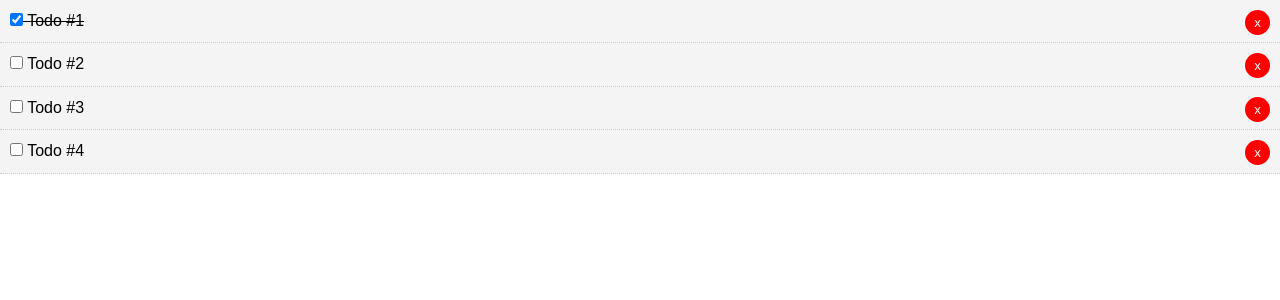
Repository: n0rthern-light/vuejs-taskmanager
Page: /
An editor plug-in stored every save of this project. The page is shown before and after the next save, followed by the edit.
The browser window is 1280 px wide. The pictures show the whole page.
The project was rebuilt for these pictures with package versions that can differ from the ones it lists, and the page was loaded fresh each time.

Above is the page before, as saved 2019-02-18 15:34:43.

### src/App.vue
<template>
  <div id="app">
    <h3>{{msg}}</h3>
    <Todos :todos="todos" v-on:del-todo="delTodo" v-on:update-array="updateArr"/>
  </div>
</template>

<script>

import Todos from '@/components/Todos.vue';

export default {
  name: 'app',
  components: {
    Todos
  },
  data() {
    return {
      todos: [
        {
          id: 1,
          title: 'Todo #1',
          completed: true
        },
        {
          id: 2,
          title: 'Todo #2',
          completed: false
        },
        {
          id: 3,
          title: 'Todo #3',
          completed: false
        },
        {
          id: 4,
          title: 'Todo #4',
          completed: false
        }
      ],
      msg: ''
    }
  },
  methods: {
    /* eslint-disable */
    setCookie(cname, cvalue, exdays) {
      var d = new Date();
      d.setTime(d.getTime() + (exdays*24*60*60*1000));
      var expires = "expires="+ d.toUTCString();
      document.cookie = cname + "=" + cvalue + ";" + expires + ";path=/";
    },
    getCookie(cname) {
      var name = cname + "=";
      var decodedCookie = decodeURIComponent(document.cookie);
      var ca = decodedCookie.split(';');
      for(var i = 0; i <ca.length; i++) {
        var c = ca[i];
        while (c.charAt(0) == ' ') {
          c = c.substring(1);
        }
        if (c.indexOf(name) == 0) {
          return c.substring(name.length, c.length);
        }
      }
      return "";
    },
    delTodo(id) {
      console.log('delTodo');
      this.todos = this.todos.filter((el) => el.id !== id);
    },
    updateArr(obj) {
      console.log('updateArr');
      this.todos = this.todos.
      map((el) => el.id === obj.id ? obj : el).
      sort((a, b) => a.id - b.id).
      sort((a, b) => a.completed - b.completed);

      this.setCookie('todos', JSON.stringify(this.todos), 60)
    }

  },
  mounted() {
    console.log('mounted');
    this.todos = JSON.parse(this.getCookie('todos'));

    this.todos = this.todos.sort((a, b) => a.id - b.id).
      sort((a, b) => a.completed - b.completed);
  }
}
</script>

<style>
* {
  box-sizing: border-box;
  margin: 0;
  padding: 0;
}

body {
  font-family: Arial, Helvetica, sans-serif;
  line-height: 1.4;
}
</style>

### src/components/Todos.vue
<template>
  <div class="container">
    <div v-for="todo in todos" :key="todo.id">
      <TodoItem :todo="todo" v-on:del-todo="$emit('del-todo', todo.id)" v-on:update-array="$emit('update-array', todo)"/>
    </div>
  </div>
</template>

<script>
import TodoItem from './TodoItem.vue';

export default {
  components: {
    TodoItem
  },
  name: 'Todos',
  props: ['todos']
}
</script>

<style scoped>
.container {
  display: flex;
  flex-direction: column;
}

.container div {
  flex: 1;
}
</style>

### src/components/TodoItem.vue
<template>
  <div class="todo-item" :class="{'is-complete':todo.completed}">
    <p>
      <input type="checkbox" v-on:change="markComplete(); $emit('update-array', todo);" :checked="this.todo.completed">
      {{todo.title}}
      <button @click="$emit('del-todo', todo.id)" class="del">x</button>
    </p>
  </div>
</template>

<script>
export default {
  name: 'TodoItem',
  props: ['todo'],
  methods: {
    markComplete () {
      this.todo.completed = !this.todo.completed;
    }
  },
  mounted () {

  }
}
</script>

<style scoped>
  .todo-item {
    background: #f4f4f4;
    padding: 10px;
    border-bottom: 1px #ccc dotted;
  }

  .is-complete {
    text-decoration: line-through;
  }

  .del {
    background: #ff0000;
    color: #fff;
    border: none;
    padding: 5px 9px;
    border-radius: 50%;
    cursor: pointer;
    float: right;
  }
</style>

Loaded but not shown: src/main.js (common file)

After the next save:
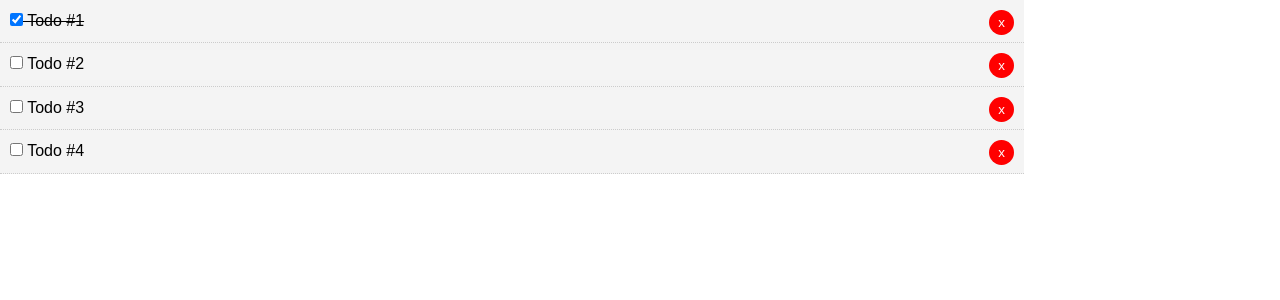
Saved 4 s later.
--- a/src/components/Todos.vue
+++ b/src/components/Todos.vue
@@ -20,6 +20,7 @@ export default {
 
 <style scoped>
 .container {
+  width: 80%;
   display: flex;
   flex-direction: column;
 }
